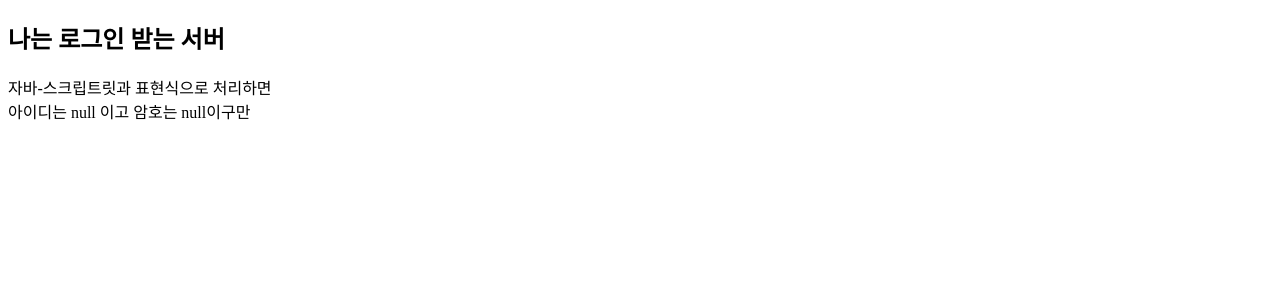
Repository: codingidot/test111
Page: http://localhost/JSP3/kajalogin4.jsp
These files come from the project's save history. The page is drawn as it stood at one moment and after the next save; the edit follows.
The browser window is 1280 px wide. The pictures show the whole page.
The page is served by Tomcat 9.

Above is the page before, as saved 2022-05-27 01:27:50.

After the next save:
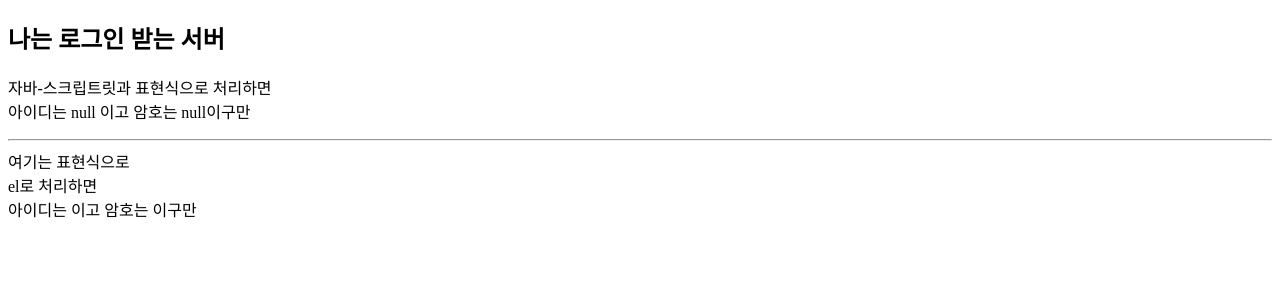
Saved 13 s later.
--- a/JSP3/src/main/webapp/kajalogin4.jsp
+++ b/JSP3/src/main/webapp/kajalogin4.jsp
@@ -16,8 +16,16 @@
 
 String id=request.getParameter("id1");
 String pw=request.getParameter("pw1");
+
 %>
 
 아이디는 <%=id %> 이고 암호는 <%=pw %>이구만 <p>
+
+<hr>
+여기는 표현식으로<br>
+el로 처리하면<br>
+아이디는 ${param.id1}이고 암호는 ${param.pw1 }이구만 <p>
+<!-- getParameter("id1") + out.println(id1) -->
+
 </body>
 </html>
